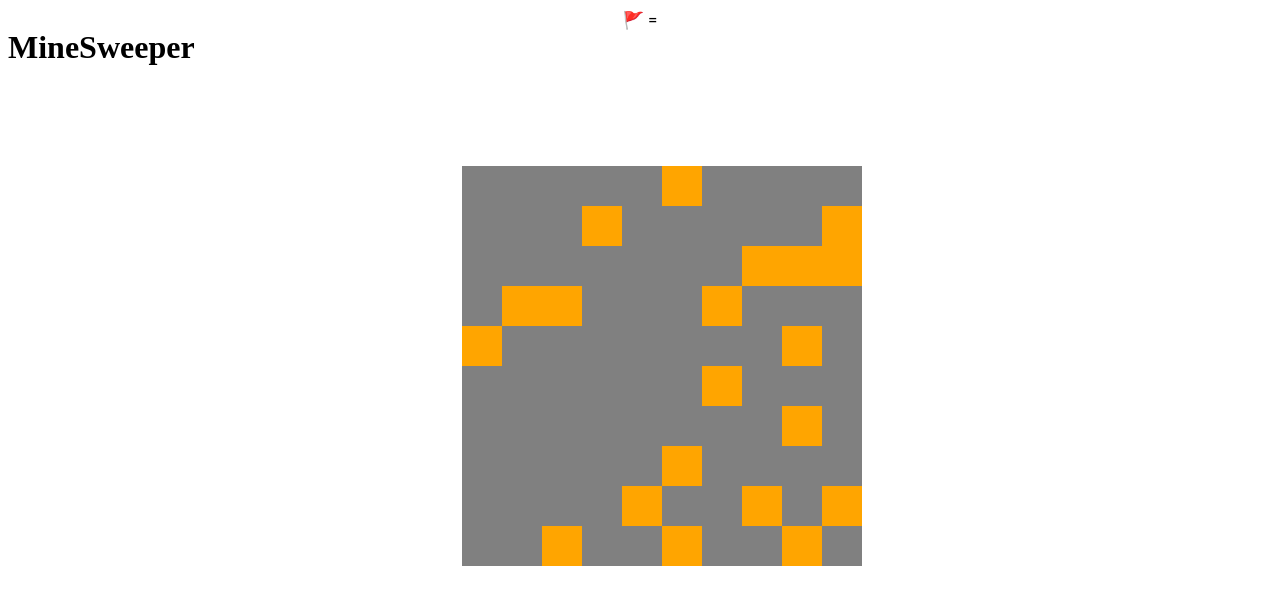
Repository: issaRan/MineSweeper
Page: html/index.html
An editor plug-in stored every save of this project. The page is shown before and after the next save, followed by the edit.
The browser window is 1280 px wide. The pictures show the whole page.

Above is the page before, as saved 2020-10-23 16:01:57.

After the next save:
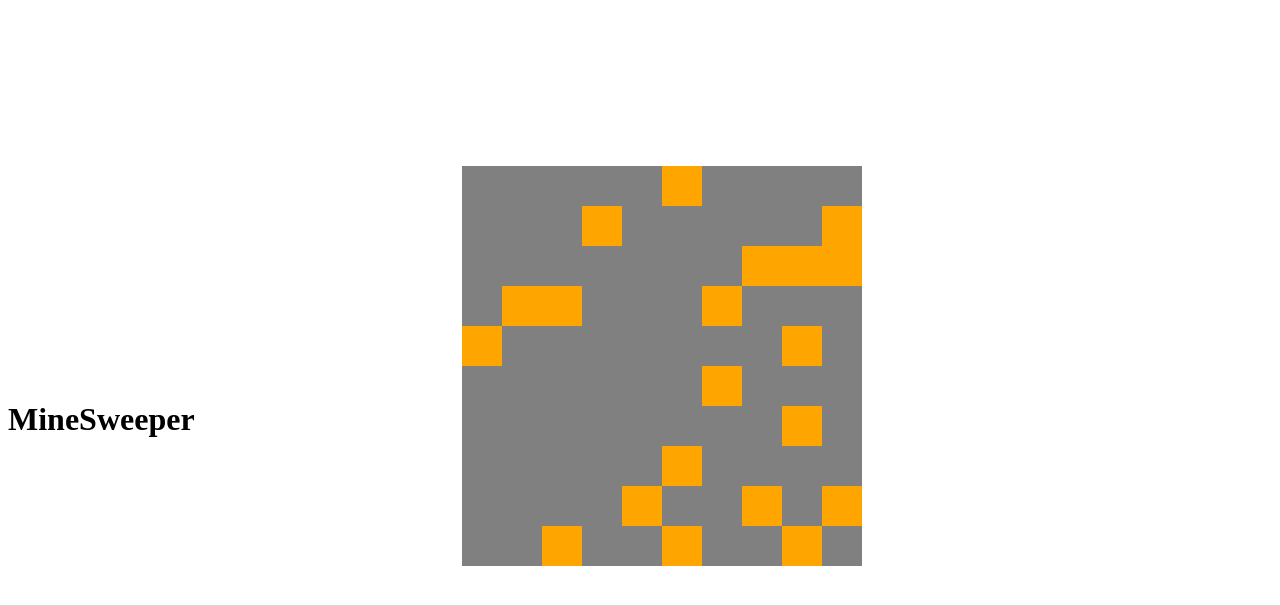
Saved 10 s later.
--- a/css/styles.css
+++ b/css/styles.css
@@ -20,7 +20,7 @@ h1{
     width: 40px;
 }
 .flags {
-    top: 20%;
+    margin-top: 30%;
     background-color: #ffffff;
     color: #000000;
     font-family: "Roboto", sans-serif;
